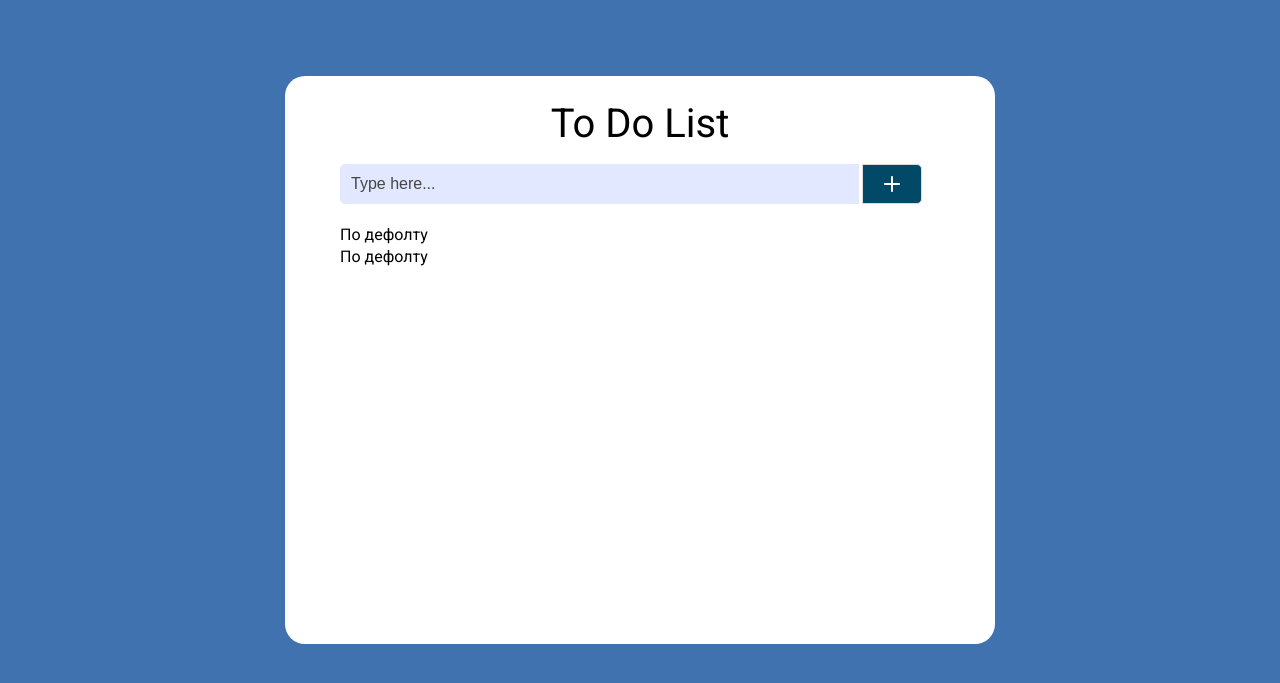
Repository: Azimich/react_ts_todo_vite_zustand
Page: /
An editor plug-in stored every save of this project. The page is shown before and after a run of saves, followed by the edit.
The browser window is 1280 px wide. The pictures show the whole page.
The project was rebuilt for these pictures with package versions that can differ from the ones it lists, and the page was loaded fresh each time. Also part of the build but not shown: vite.config.ts.

Above is the page before, as saved 2023-03-29 00:57:33.

After the next 2 saves:
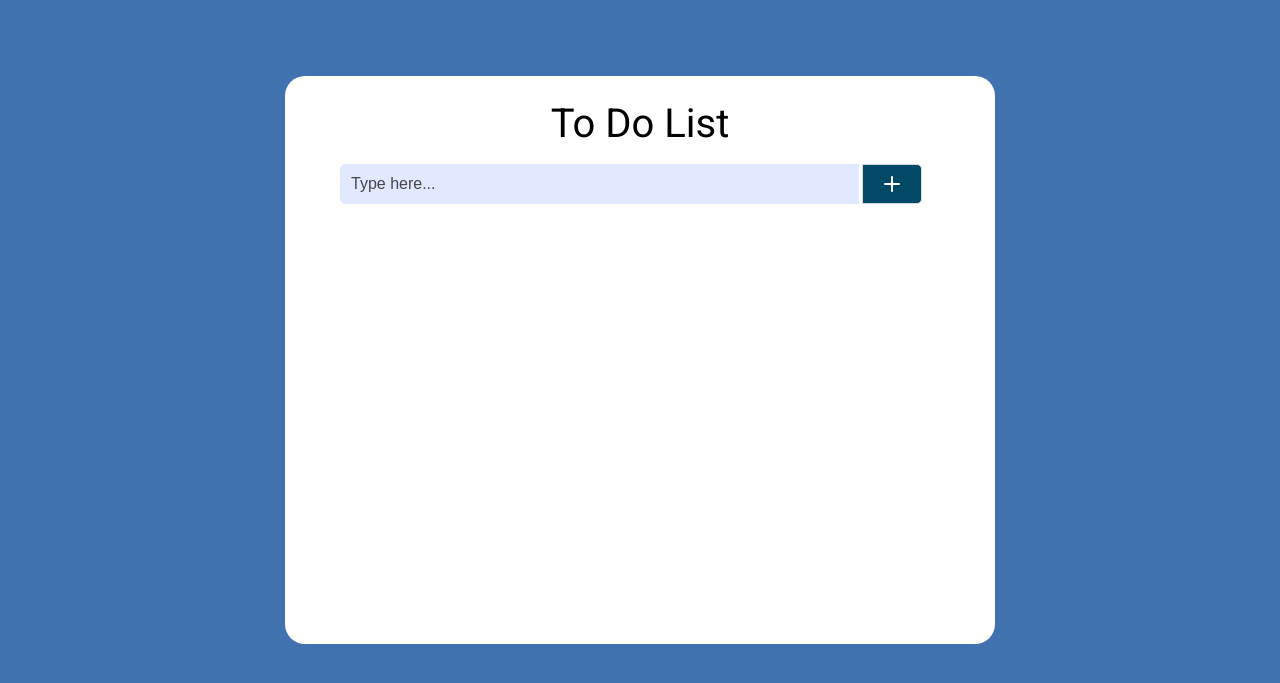
The 2 saves are shown as one change because they came seconds apart.
The last was saved 45 s later.
--- a/src/views/components/InputTask/index.tsx
+++ b/src/views/components/InputTask/index.tsx
@@ -11,7 +11,8 @@ interface IInputTask {
 }
 
 const InputTask: FC<IInputTask> = ({ id, title, onDone, onEdited, onRemoved }) => {
-  return <div>{title}</div>;
+  return <div>
+    <label htmlFor=""></label></div>;
 };
 
 export default InputTask
